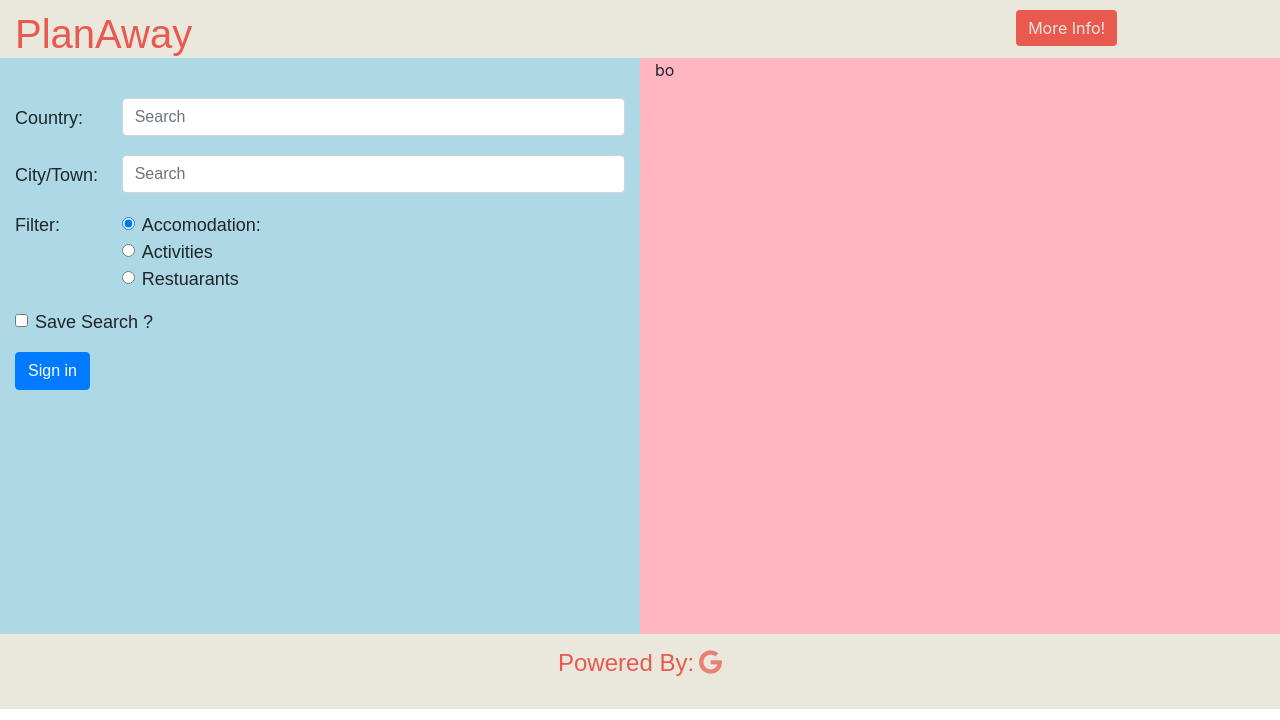
Repository: Brad000/PlanAway-Project
Page: planner.html
The author's editor kept a record of every edit. The page is drawn from the files as they stood at one moment, then again after the next edit.
The browser window is 1280 px wide. The pictures show the whole page.
Some icons come from a web library that is not loaded, so they are not drawn. Some web fonts or font styles are not loaded; a fallback is used. Some web libraries are served in a nearby version.

Above is the page before.

After the next edit:
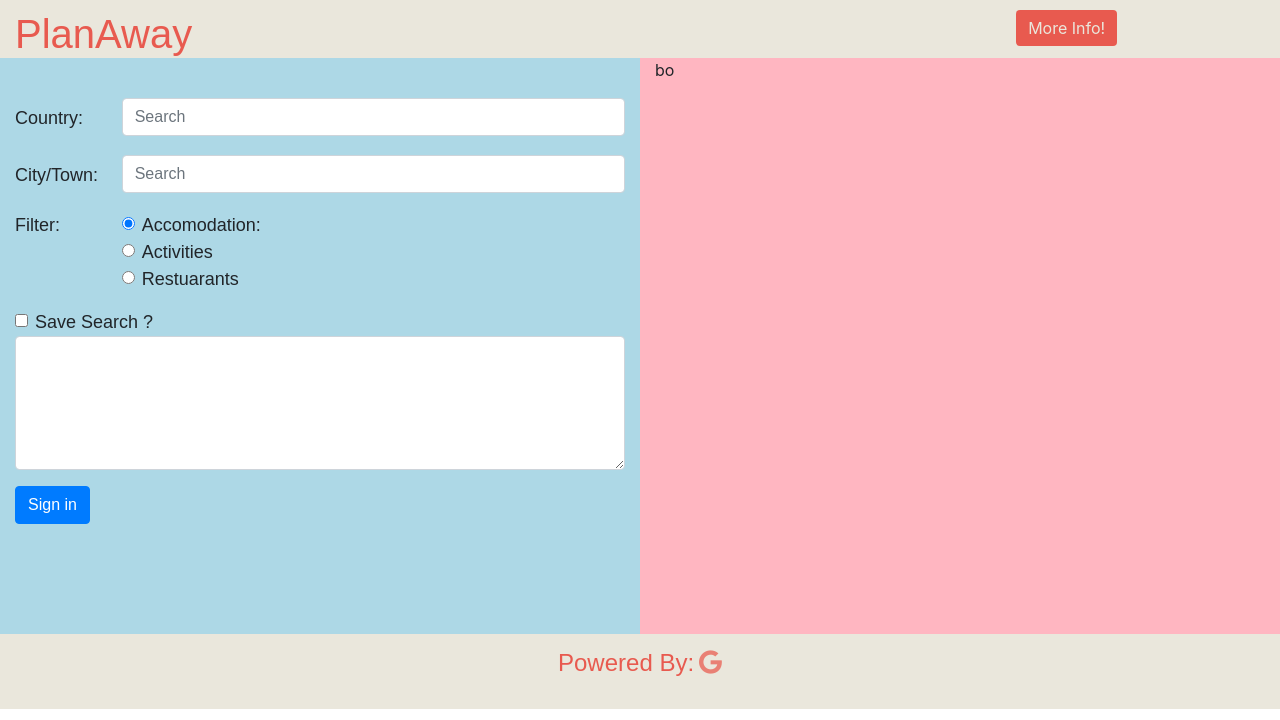
The edit:
--- a/planner.html
+++ b/planner.html
@@ -80,6 +80,9 @@
                                 <label class="form-check-label" for="gridCheck1">Save Search ?</label>
                             </div>
                         </div>
+                        <div class="col-sm-12">
+                            <textarea class="form-control" id="exampleFormControlTextarea1" rows="5"></textarea>
+                        </div>
                     </div>
                     <div class="form-group row">
                         <div class="col-sm-10">
